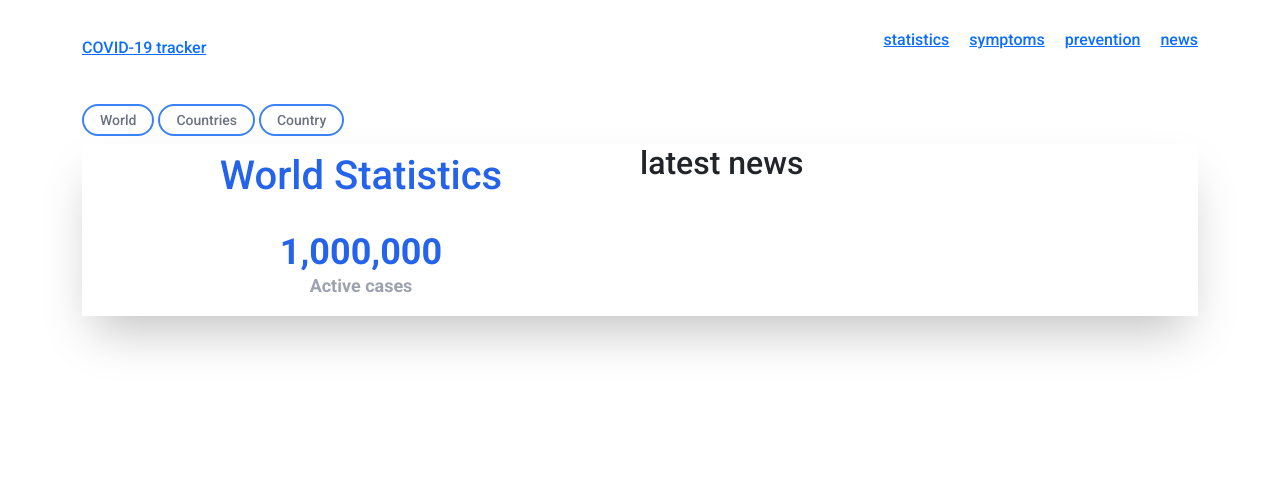
Repository: latenightsnacc/covid-19tracker
Page: design/index.html
These files come from the project's save history. The page is drawn as it stood at one moment and after the next save; the edit follows.
The browser window is 1280 px wide. The pictures show the whole page.
Some web libraries are served in a nearby version.

Above is the page before, as saved 2021-07-22 16:36:10.

After the next save:
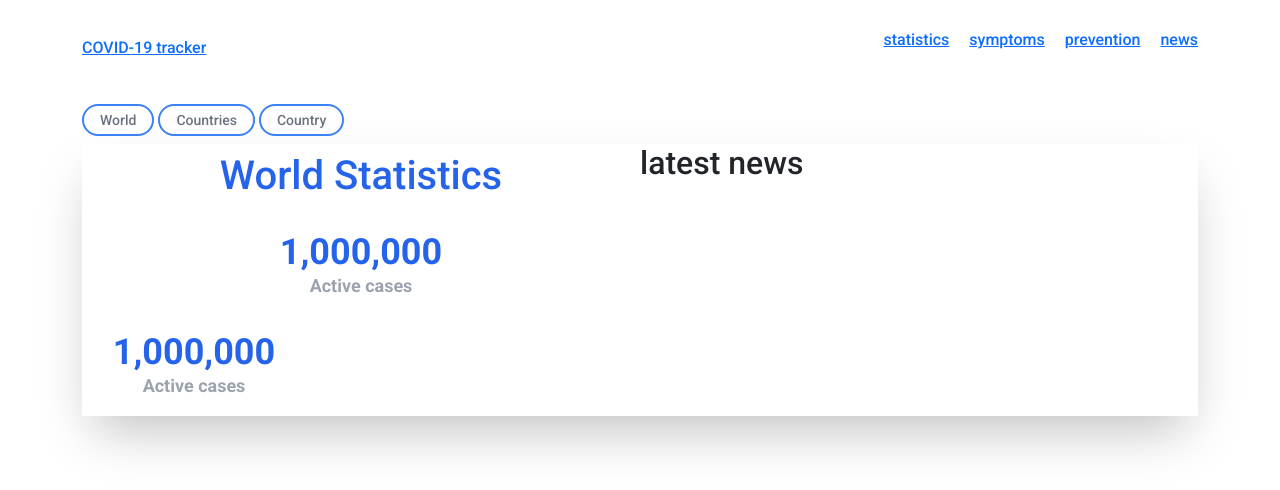
Saved 47 s later.
--- a/design/index.html
+++ b/design/index.html
@@ -78,7 +78,12 @@
                     <div class="stats">
                         <div class="w-56 flex flex-col items-center justify-center p-3 m-auto">
                             <span class="text-4xl text-blue-600 font-bold">1,000,000</span>
-                            <span class="text-lg text-gray-400 font-bold">Active cases</span> </div>
+                            <span class="text-lg text-gray-400 font-bold">Active cases</span>
+                        </div>
+                        <div class="w-56 flex flex-col items-center justify-center p-3">
+                            <span class="text-4xl text-blue-600 font-bold">1,000,000</span>
+                            <span class="text-lg text-gray-400 font-bold">Active cases</span>
+                        </div>
                     </div>
 
                 </div>
